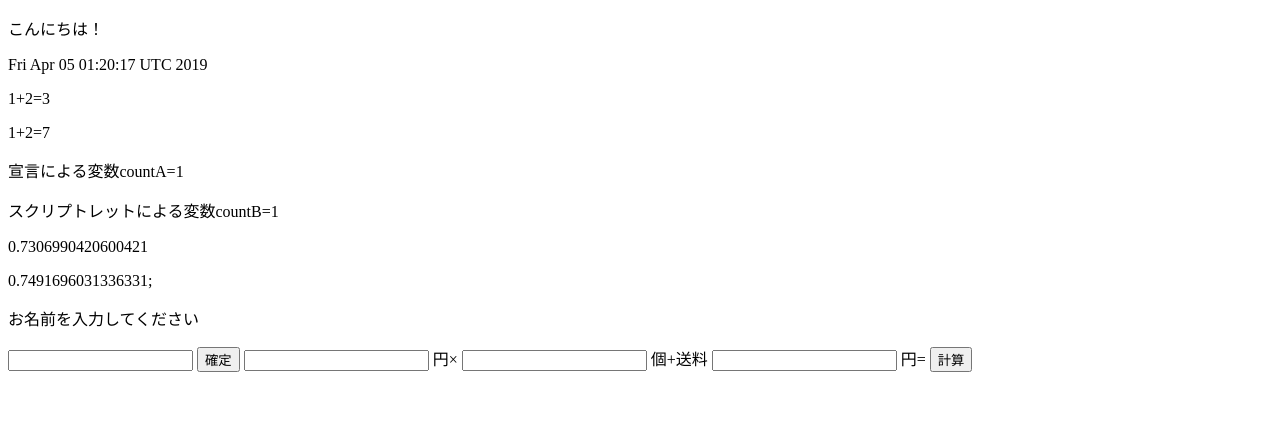
Repository: risalarson/test
Page: http://localhost/HelloJSP/
An editor plug-in stored every save of this project. The page is shown before and after the next save, followed by the edit.
The browser window is 1280 px wide. The pictures show the whole page.
The page is served by Tomcat 9.

Above is the page before, as saved 2019-04-05 01:58:18.

### HelloJSP/WebContent/index.jsp
<%@ page language="java" contentType="text/html; charset=UTF-8"
    pageEncoding="UTF-8"%>
<!DOCTYPE html PUBLIC "-//W3C//DTD HTML 4.01 Transitional//EN" "http://www.w3.org/TR/html4/loose.dtd">
<html>
<head>
<meta charset="UTF-8">
<title>TEST</title>
</head>
<body>
<p>こんにちは！</p>
<% out.println(new java.util.Date()); %>
<%!
static int add(int a,int b){
	return a+b;
}
%>
<p>1+2=<%=add(1,2) %></p>
<p>1+2=<%=add(3,4) %></p>
<%! static int countA=0; %>
<%
int countB=0;
countA++;
countB++;
%>
<p>宣言による変数countA=<%=countA %></p>
<p>スクリプトレットによる変数countB=<%=countB %></p>
<p><%out.println(Math.random()); %></p>
<p><%=Math.random() %>;</p>
<p>お名前を入力してください</p>
<form method="post"action="greeting-out.jsp">
<input type="text"name="user">
<input type="submit"value="確定">
<form method="post"action="total-out.jsp">
<input type="text"name="price">
円×
<input type="text"name="count">
個+送料
<input type="text"name="delivery">
円=
<input type="submit"value="計算">
</form>
</form>
</body>
</html>

After the next save:
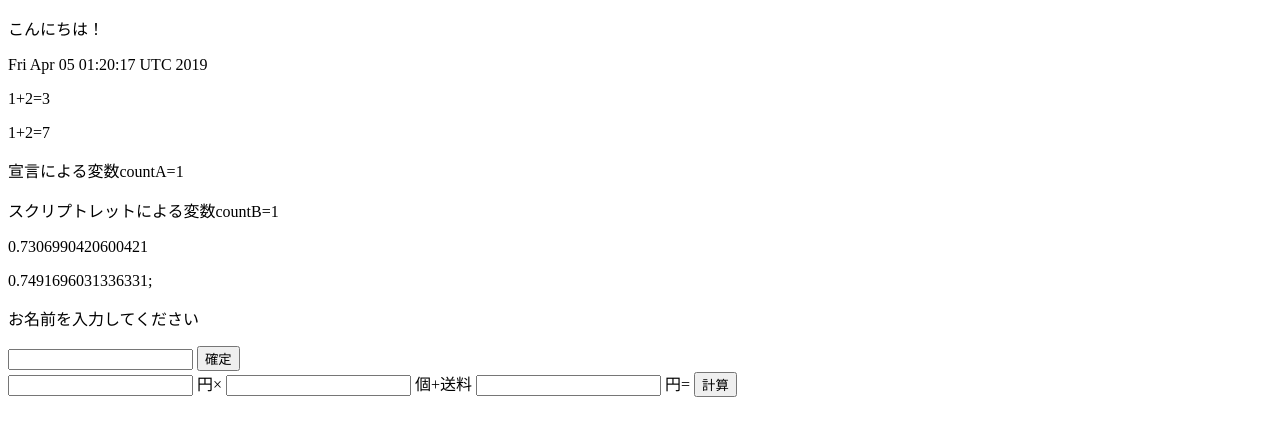
Saved 23 s later.
--- a/HelloJSP/WebContent/index.jsp
+++ b/HelloJSP/WebContent/index.jsp
@@ -30,6 +30,7 @@ countB++;
 <form method="post"action="greeting-out.jsp">
 <input type="text"name="user">
 <input type="submit"value="確定">
+</form>
 <form method="post"action="total-out.jsp">
 <input type="text"name="price">
 円×
@@ -39,6 +40,6 @@ countB++;
 円=
 <input type="submit"value="計算">
 </form>
-</form>
+
 </body>
 </html>
